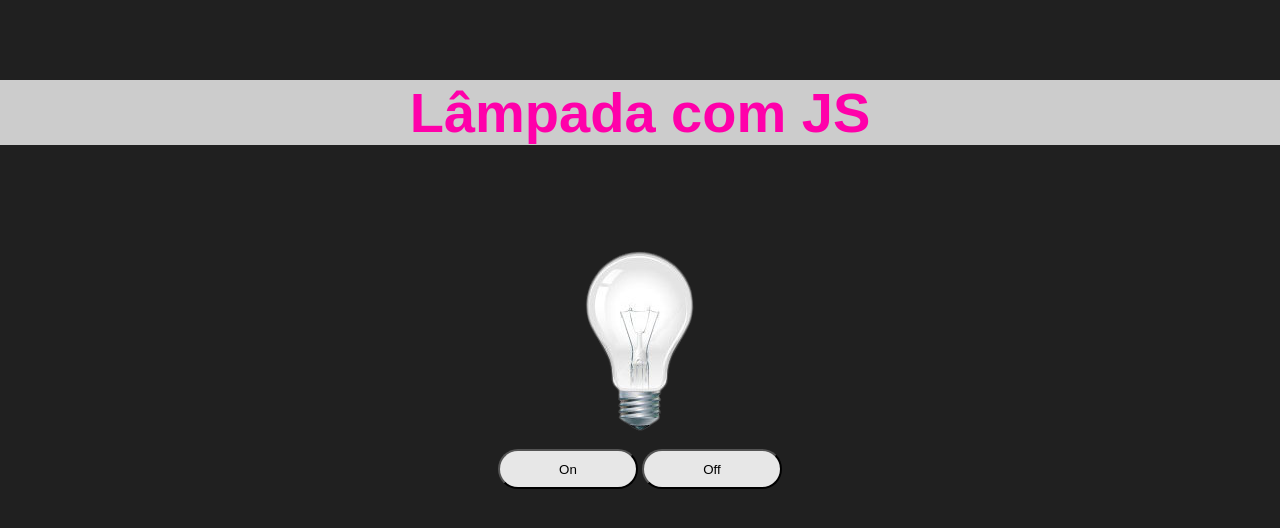
Repository: kahut-gdd/lampadaComJs
Page: index.html
The author's editor kept a copy of each file at every save. The page is drawn from the files as they stood at one save, then again after the next save.
The browser window is 1280 px wide. The pictures show the whole page.

Above is the page before, as saved 2022-06-25 12:56:49.

### index.html
<!DOCTYPE html>
<html lang="pt-br">
<head>
    <meta charset="UTF-8">
    <meta http-equiv="X-UA-Compatible" content="IE=edge">
    <meta name="viewport" content="width=device-width, initial-scale=1.0">
    <title>LampadaComJs</title>
    <style>
        *{
            margin: 0;
            padding: 0;
            background: rgb(32, 32, 32);
            align-items: center;
        }
        h1{
            background: #ccc;
            color: rgb(255, 0, 170);
            text-align: center;
            font-size: 3.5rem;
            font-family: sans-serif;
        }
        head, main{
            margin-top: 80px;
            display: flex;
            flex-direction: column;
            align-items: center;
            cursor: pointer;
        }
        button{
            width: 140px;
            height: 40px;
            background-color: rgb(231, 231, 231);
            color: #000;
            cursor: pointer;
            border-radius: 60px;

        }
        #turnOn:hover{
            background: rgb(84, 247, 84);
            color: aliceblue;
            font-size: 1.2rem;
        }
        #turnOff:hover{
            background: rgb(255, 0, 55);
            color: aliceblue;
            font-size: 1.2rem;
        }
    </style>
</head>
<body>
    <header>
        <h1>Lâmpada com JS</h1>
    </header>
    <main>
        <div>
            <img src="./img/desligada.png" alt="Lámpada" id="lamp">
        </div>
        <div>
            <button id="turnOn">On</button>
            <button id="turnOff">Off</button>
        </div>
    </main>


    <script>
        const turnOn = document.getElementById('turnOn');
        const turnOff = document.getElementById('turnOff');
        const lamp = document.getElementById('lamp');

        function isLampBroken(){
            return lamp.src.indexOf('quebrada') > -1;
        }

        function lampOn(){
            if(!isLampBroken()){
            lamp.src = './img/ligada.png';
            }
        }

        function lampOff(){
            if(!isLampBroken()){
            lamp.src = './img/desligada.png';
            }
        }
        function lampBroken(){
            lamp.src = './img/quebrada.png';
        }

        turnOn.addEventListener('click', lampOn);
        turnOff.addEventListener('click', lampOff);
        lamp.addEventListener('mouseover', lampOn);
        lamp.addEventListener('mouseleave', lampOff);
        lamp.addEventListener('dblclick', lampBroken);

    </script>
</body>
</html>

After the next save:
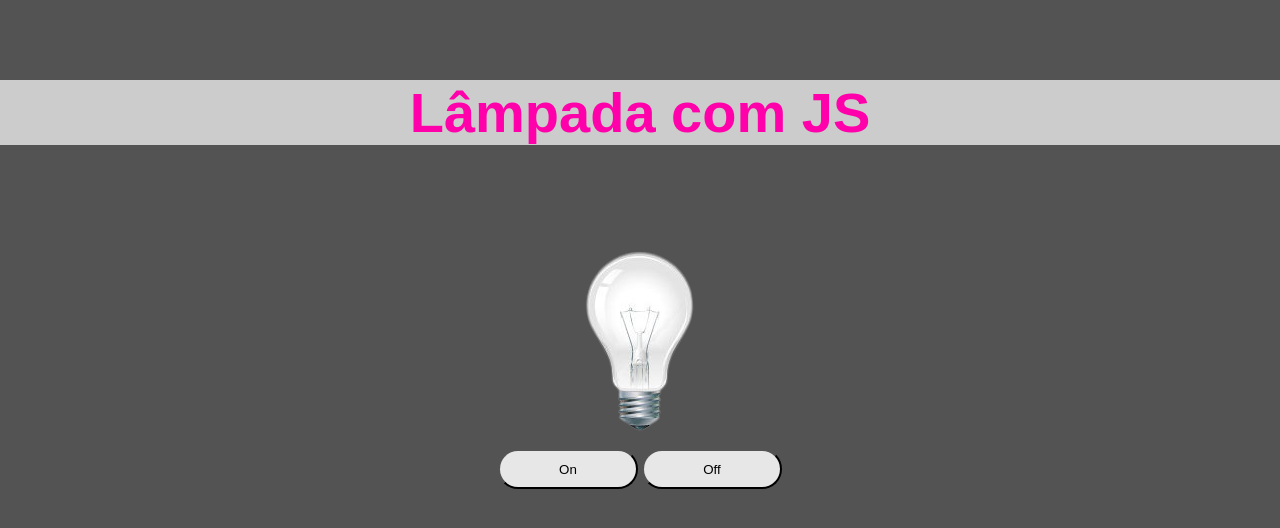
Saved 2 min 38 s later.
--- a/index.html
+++ b/index.html
@@ -9,7 +9,7 @@
         *{
             margin: 0;
             padding: 0;
-            background: rgb(32, 32, 32);
+            background: rgb(83, 83, 83);
             align-items: center;
         }
         h1{
